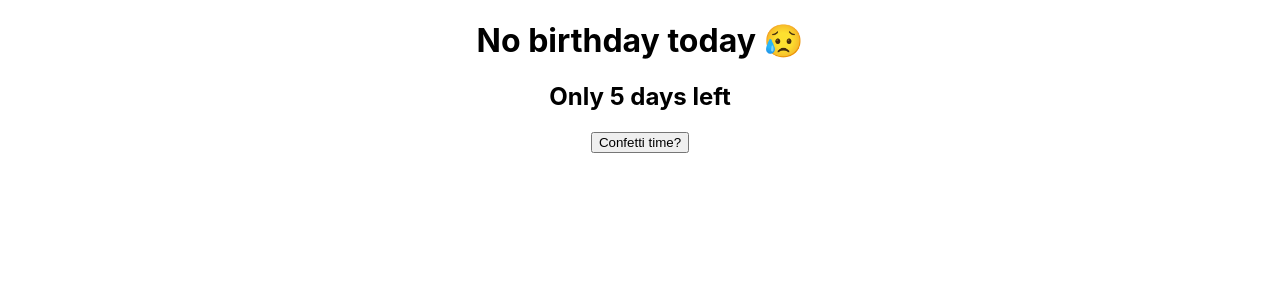
Repository: David-Waite/HannahsBirthdayWebsite
Page: /
An editor plug-in stored every save of this project. The page is shown before and after the next save, followed by the edit.
The browser window is 1280 px wide. The pictures show the whole page.
The project was rebuilt for these pictures with package versions that can differ from the ones it lists, and the page was loaded fresh each time.

Above is the page before, as saved 2023-03-30 17:54:08.

After the next save:
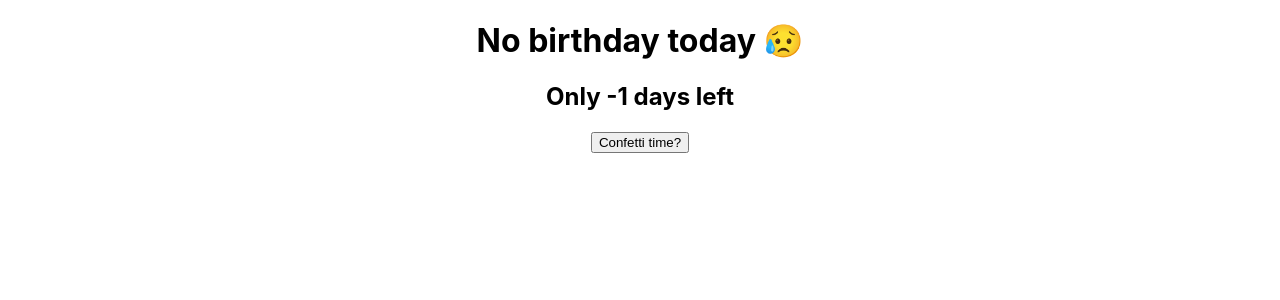
Saved 6 s later.
--- a/src/App.js
+++ b/src/App.js
@@ -27,7 +27,7 @@
 
   function getDaysUntilBirthday() {
     const date = new Date();
-    const hannahBday = new Date(date.getFullYear(), 3, 5);
+    const hannahBday = new Date(date.getFullYear(), 2, 30);
     const oneDay = 1000 * 60 * 60 * 24;
 
     const daysUntilBirthday =

After the 4 saves that followed:
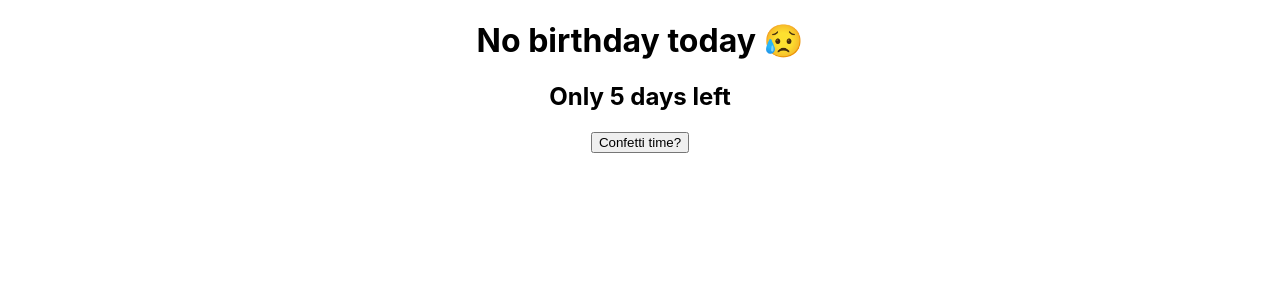
The 4 saves are shown as one change because 1 did not build or start and 1 left the picture as it was and some came seconds apart.
The last was saved 73 s later.
--- a/src/App.js
+++ b/src/App.js
@@ -19,15 +19,12 @@
   function rainConfetti() {
     if (isBirthdayToday()) {
       setConfetti(true);
-      buttonText = "Confetti time!";
-    } else {
-      buttonText = "No!";
     }
   }
 
   function getDaysUntilBirthday() {
     const date = new Date();
-    const hannahBday = new Date(date.getFullYear(), 2, 30);
+    const hannahBday = new Date(date.getFullYear(), 3, 5);
     const oneDay = 1000 * 60 * 60 * 24;
 
     const daysUntilBirthday =
